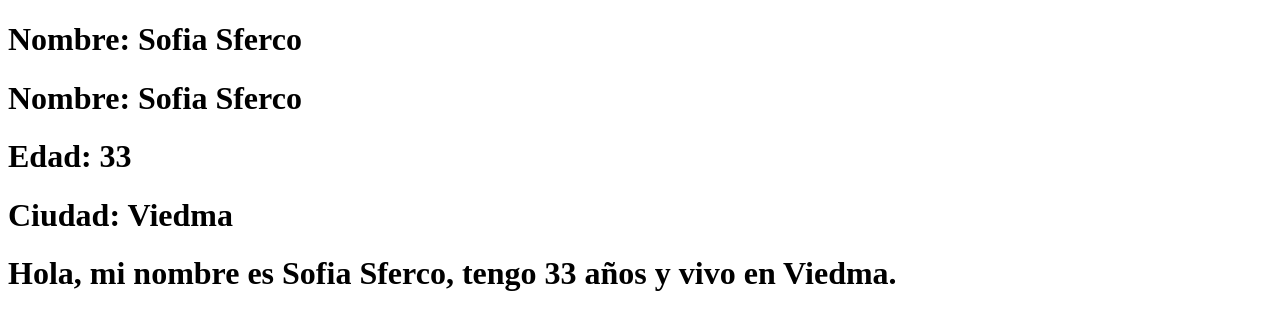
Repository: SofiaSferco/PWA-2026
Page: practico01/index.html
The author's editor kept a copy of each file at every save. The page is drawn from the files as they stood at one save, then again after the next save.
The browser window is 1280 px wide. The pictures show the whole page.

Above is the page before, as saved 2026-09-10 00:12:59.

After the next save:
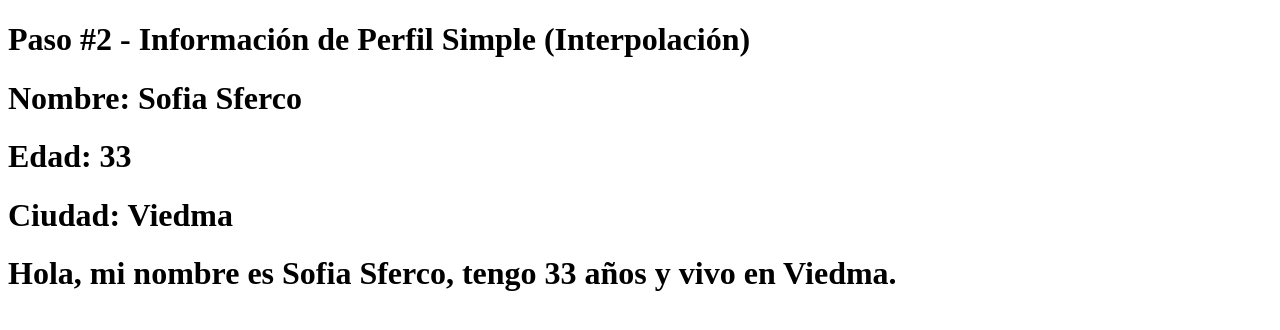
Saved 14 s later.
--- a/practico01/index.html
+++ b/practico01/index.html
@@ -7,7 +7,8 @@
 </head>
 <body>
     <div id="app">
-        <h1>Nombre: {{nombre}}</h1>
+        <h1>Paso #2 - Información de Perfil Simple
+(Interpolación)</h1>
         <h1>Nombre: {{nombre}}</h1>
         <h1>Edad: {{edad}}</h1>
         <h1>Ciudad: {{ciudad}}</h1>
